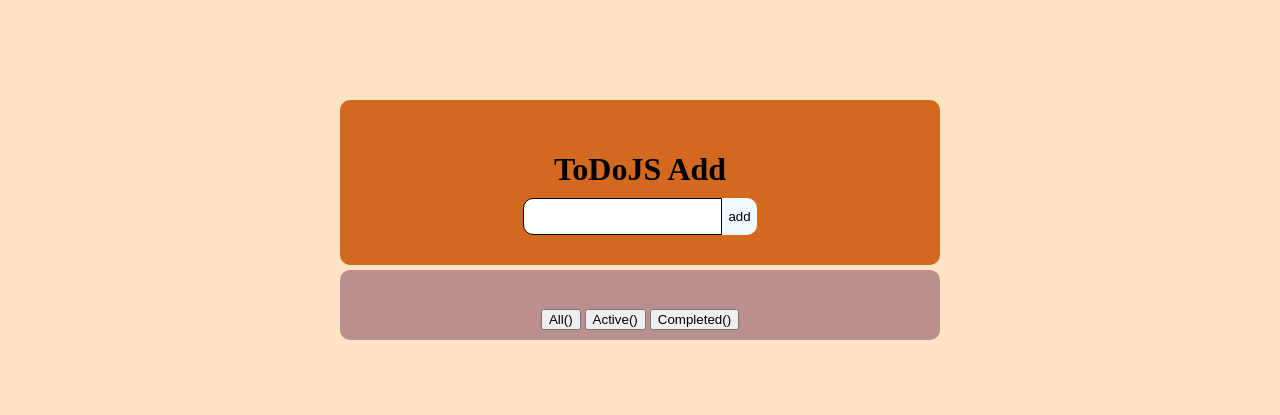
Repository: Savich01/todoTest
Page: index.html
An editor plug-in stored every save of this project. The page is shown before and after the next save, followed by the edit.
The browser window is 1280 px wide. The pictures show the whole page.

Above is the page before, as saved 2024-05-03 15:00:49.

### index.html
<!DOCTYPE html>
<html lang="en">
<head>
    <meta charset="UTF-8">
    <meta name="viewport" content="width=device-width, initial-scale=1.0">
    <link rel="stylesheet" href="css/style.css">
    <title>ToDO</title>
</head>
<body>
    <header class="header">
        <div class="header-block">
            <div class="header-block__sub">
                <h1 class="title">ToDoJS Add</h1>
                <form class="personal" action="#">
                    <input type="text" class="personal-input">
                    <button class="personal-btn">add</button>
                </form>
            </div>
        </div>
    </header>
     <main class="main">
        <div class="main-block">
            <div class="main-container">

            </div>
            <div class="main-button">
                <div class="button">
                    <button class="main-btn1">All()</button>
                    <button class="main-btn2">Active()</button>
                    <button class="main-btn3">Completed()</button>
                </div>
            </div>
            </div>
     </main>
        <script src="js/script.js"></script>
</body>
</html>

### css/style.css
ul,li {
    text-decoration: none;
    list-style: none;
}


/*------------HEADER-------------------------------------*/

body {
    max-width: 100%;
    background: #FFE4C4;
}
.header {
    margin-top: 100px;
    margin-bottom: 5px;
}
.header-block {
    max-width: 600px;
    margin: 0 auto;
    background: #D2691E;
    border-radius: 10px;
}
 .header-block__sub {
    display: flex;
    flex-direction: column;
    justify-content: center;
    align-items: center;
    padding: 30px 0px;
 }

 .title {
    margin-bottom: 10px;
 }

 .personal {
    display: flex;
    justify-content: center;
 }

 .personal-input{
    padding: 10px;
    border: 1px solid #000;
    border-radius: 10px 0px 0px 10px;
 }
.personal-btn {
    border: none;
    background-color: aliceblue;
    border-radius: 0px 10px 10px 0px;
    cursor: pointer;
}
/*------------------MAIN-------------------------------------*/

.main-block {
   max-width: 600px;
   margin: 0 auto;
   background: #BC8F8F;
   min-height: 70px;
   border-radius: 10px;
   display:flex;
   flex-direction: column;
   justify-content: space-between;
   margin-bottom: 5px;
}

.main-block--list{
    display: flex;
    align-items: center;
    justify-content: center;
    padding-right: 47px;
}

.main-block--list-link{
    display: flex;
    align-items: center;
}

.main-block--text{
    margin-left: 10px;
}

.checkbox-active{
    width: 20px;
    height: 17px;
}

.main-block--text{
    transform: translateY(1px);
}

.main-list{
  padding: 0px 30px;
}
.main-list--link{
  display: flex;
  align-items: center;
  justify-content: space-between;
  margin-bottom: 15px;
  padding: 10px;
  background-color: #FFE4C4;
}



























.main-button {
    padding: 10px;
    display: flex;
    align-items: flex-end;
    justify-content: space-around
}

/* .main-container {
    background: rgba(183, 231, 62, 0.699);
    border-radius: 20px;
    margin: 15px;
    /* display: none; */
/* } */

/* .main-container--list{
    background-color: #20B2AA;
    border-radius: 10px;
    margin: 25px;
    display: flex;
    align-items: center;
    justify-content: space-between;
} */

/* .main-container--list-link {
    padding: 10px;
    display: flex;
    align-items: center;
    justify-content: space-between;
} */
/* .main-checked{
    width: 20px;
    height: 16px;
    cursor: pointer;
} */
/* .main-text{
    display: inline-block;
    margin-left: 15px;
    transform: translateY(1px);
} */
/* .main--list-btn{
    min-width: 20px;
    max-width: 23px;
    background: #FFFFE0;
    align-items: center;
    margin-right: 25px;
    cursor: pointer;
    border: none;
    background: #B22222;
} */
/*--------------*/

/*--------------*/


/*------------------FOOTER--------------------------------------------------*/

.footer-block {
    max-width: 600px;
    margin: 0 auto;
    background: #008080;
    height: 100px;
    border-radius: 10px;
    display: flex;
    align-items: flex-end;
    justify-content: space-around;
}
.footer-btn {
    padding: 10px;
}

Loaded but not shown: js/script.js (no copy from this time; the picture is the same without it)

After the next save:
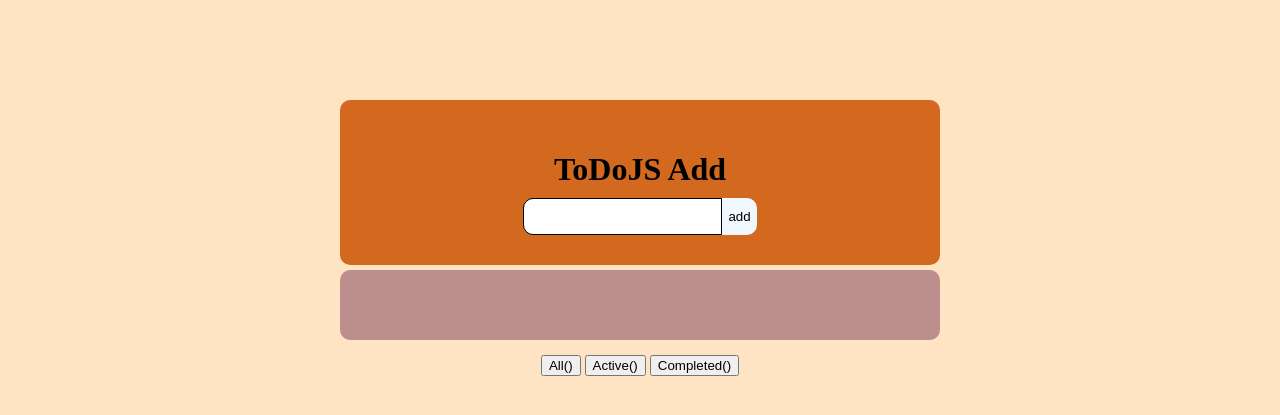
Saved 6 min 50 s later.
--- a/index.html
+++ b/index.html
@@ -23,14 +23,14 @@
             <div class="main-container">
 
             </div>
-            <div class="main-button">
+        </div>
+        <div class="main-button">
                 <div class="button">
                     <button class="main-btn1">All()</button>
                     <button class="main-btn2">Active()</button>
                     <button class="main-btn3">Completed()</button>
                 </div>
             </div>
-            </div>
      </main>
         <script src="js/script.js"></script>
 </body>

After the save that followed:
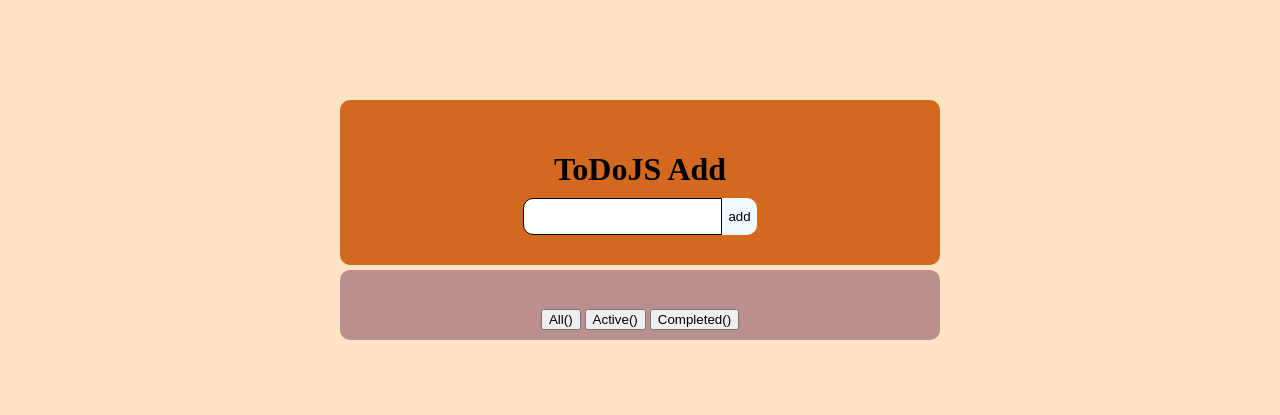
Saved 5 min 1 s later.
--- a/index.html
+++ b/index.html
@@ -23,14 +23,14 @@
             <div class="main-container">
 
             </div>
-        </div>
-        <div class="main-button">
+            <div class="main-button">
                 <div class="button">
                     <button class="main-btn1">All()</button>
                     <button class="main-btn2">Active()</button>
                     <button class="main-btn3">Completed()</button>
                 </div>
             </div>
+            </div>
      </main>
         <script src="js/script.js"></script>
 </body>
